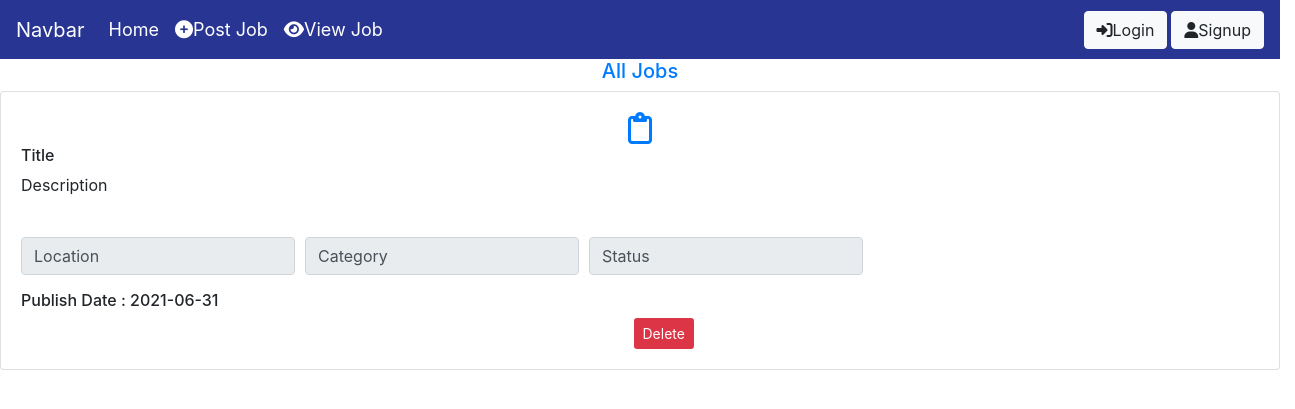
Repository: Pankaj08072001/Adv_Java
Page: http://localhost/06_Job_portal_Project/view_jobs.jsp
These files come from the project's save history. The page is drawn as it stood at one moment and after the next save; the edit follows.
The browser window is 1280 px wide. The page is 1295 px wide, so the pictures cover 1295 px, including what lies to the right of the window. The pictures show the whole page.
Some web libraries are served in a nearby version. The page is served by Tomcat 9.

Above is the page before, as saved 2025-03-13 21:40:28.

After the next save:
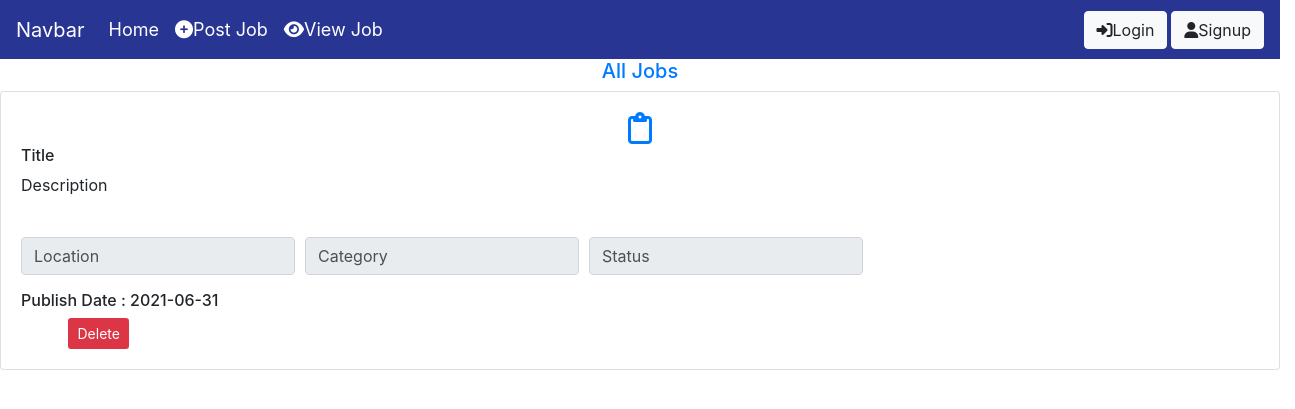
Saved 17 s later.
--- a/06_Job_portal_Project/src/main/webapp/view_jobs.jsp
+++ b/06_Job_portal_Project/src/main/webapp/view_jobs.jsp
@@ -44,7 +44,7 @@
 
 						</div>
 						<h6>Publish Date : 2021-06-31</h6>
-						<div class="text-center">
+						<div>
 							<a href="#" class="btn btn-sm bg-succes text-white">Edit</a>
 							 <a href="#" class="btn btn-sm bg-danger text-white">Delete</a>
 						</div>

After the save that followed:
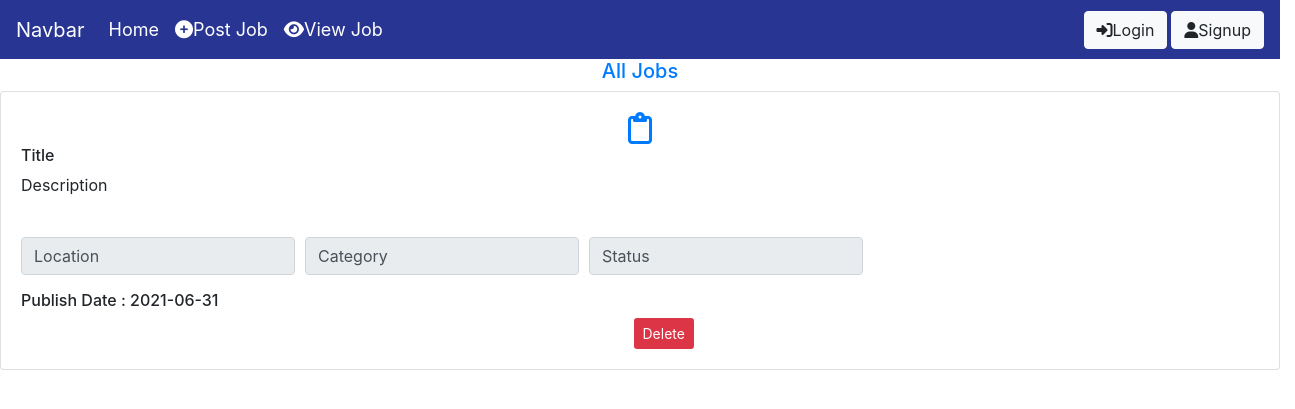
Saved 25 s later.
--- a/06_Job_portal_Project/src/main/webapp/view_jobs.jsp
+++ b/06_Job_portal_Project/src/main/webapp/view_jobs.jsp
@@ -44,7 +44,7 @@
 
 						</div>
 						<h6>Publish Date : 2021-06-31</h6>
-						<div>
+						<div class="text-center">
 							<a href="#" class="btn btn-sm bg-succes text-white">Edit</a>
 							 <a href="#" class="btn btn-sm bg-danger text-white">Delete</a>
 						</div>
